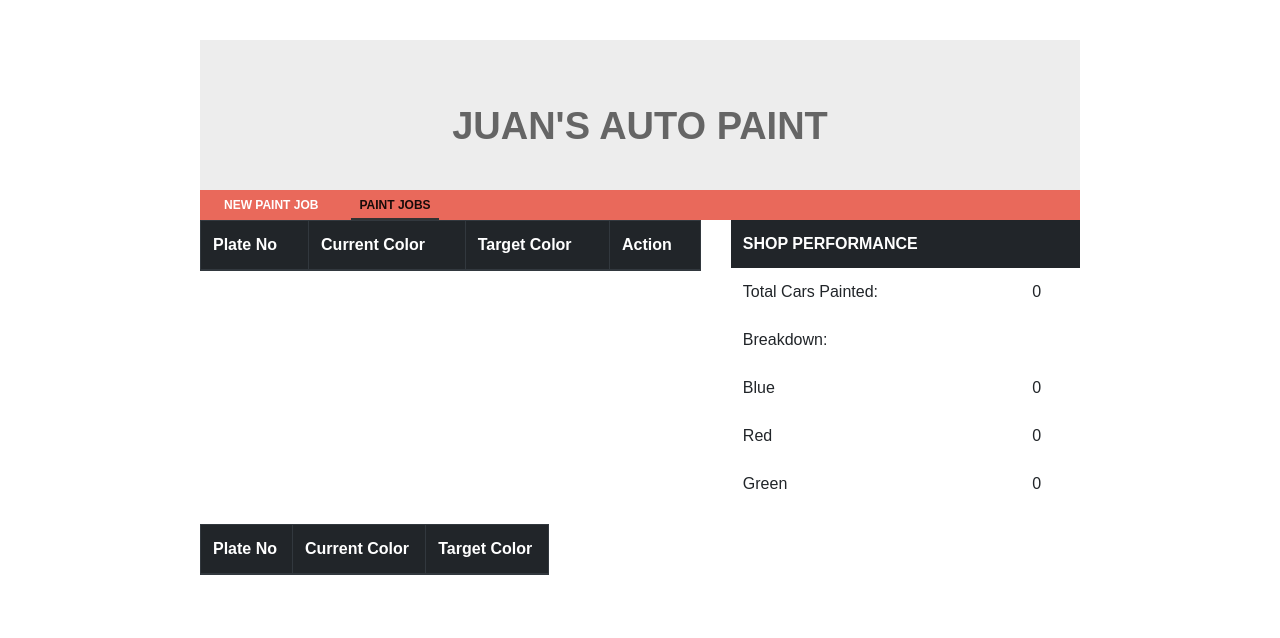
Repository: soycaringal/paint-job
Page: http://localhost/jobs
The author's editor kept a copy of each file at every save. The page is drawn from the files as they stood at one save, then again after the next save.
The browser window is 1280 px wide. The pictures show the whole page.
The page is served by the project's Laravel application, run on PHP 8.4 with Laravel 8. Queries for data that is not in the repository find no rows.

Above is the page before, as saved 2020-02-23 17:25:38.

After the next save:
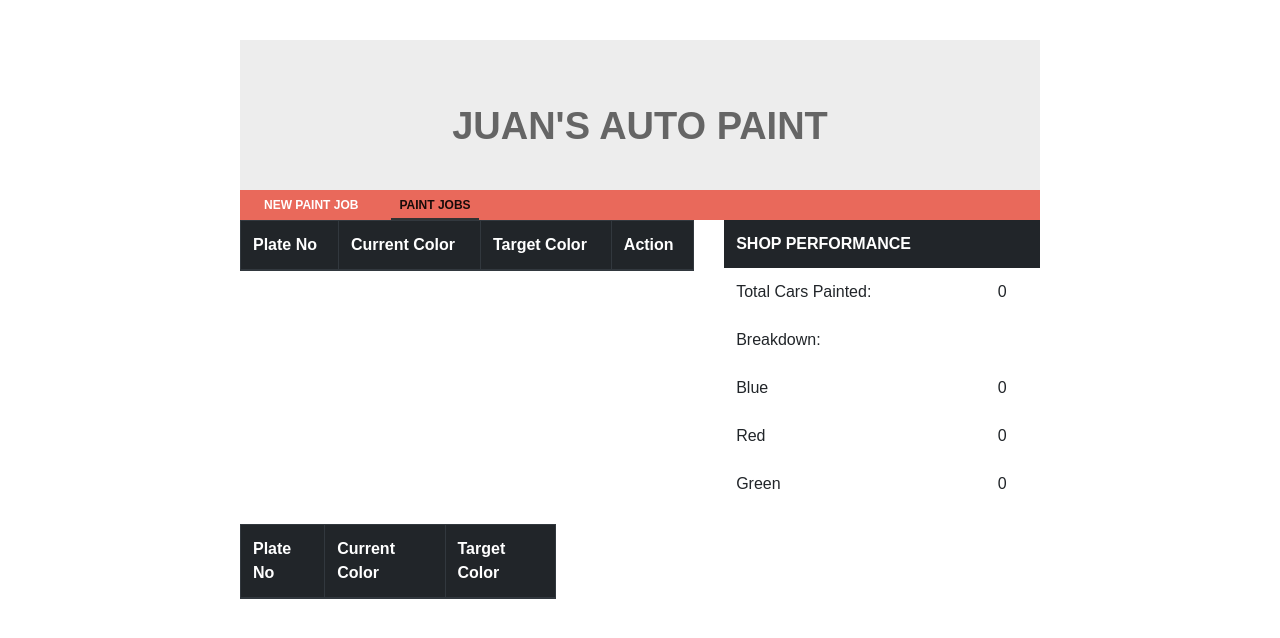
Saved 92 s later.
--- a/public/css/main.css
+++ b/public/css/main.css
@@ -22,7 +22,8 @@ header h1 {
 }
 
 .car-container {
-    margin: 0 200px;
+    margin: 0 auto;
+    width: 800px;
 }
 
 .navbar {
